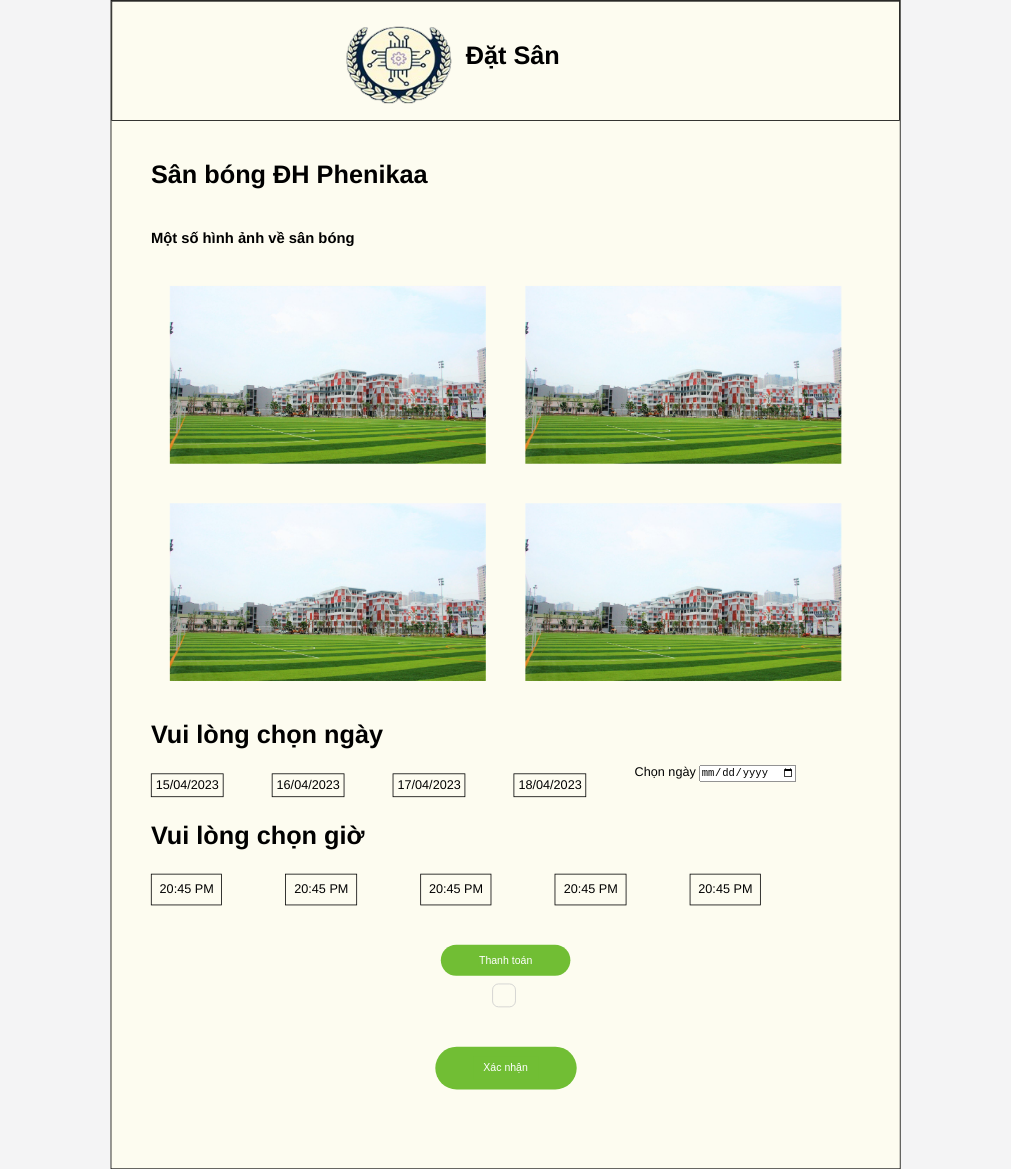
Repository: tus3300/BTL
Page: code/tacket.html
An editor plug-in stored every save of this project. The page is shown before and after a run of saves, followed by the edit.
The browser window is 1280 px wide. The pictures show the whole page, at 79% of full size.

Above is the page before, as saved 2023-05-21 00:33:26.

After the next 2 saves:
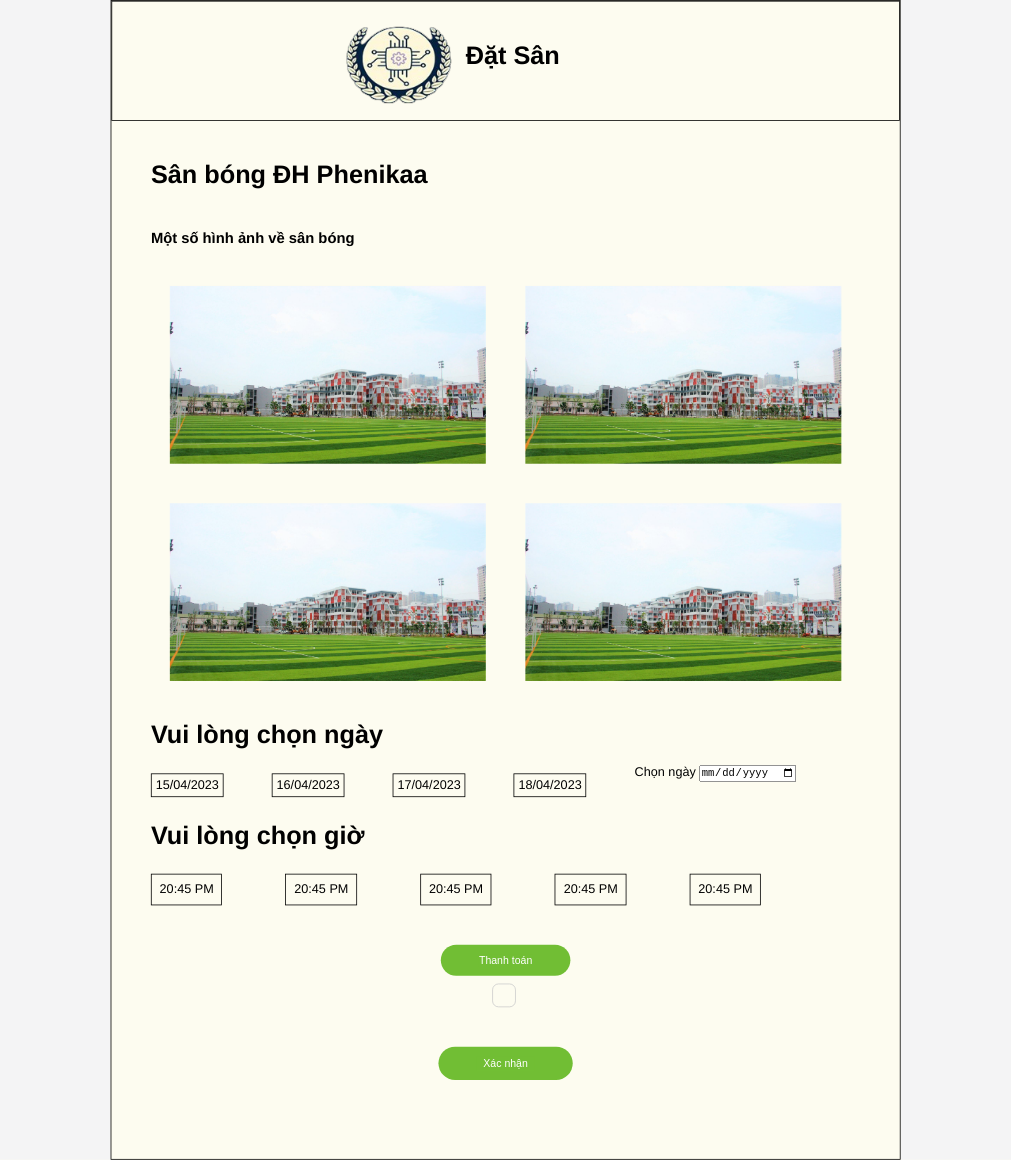
The 2 saves are shown as one change because they came seconds apart.
The last was saved 50 s later.
--- a/code/css/test.css
+++ b/code/css/test.css
@@ -306,6 +306,6 @@
   color:#fff;
 }
 .check-ticket button{
-  width: 83px;
-  height: 30px;
-}
+  width: 74px;
+  height: 18px;
+}
